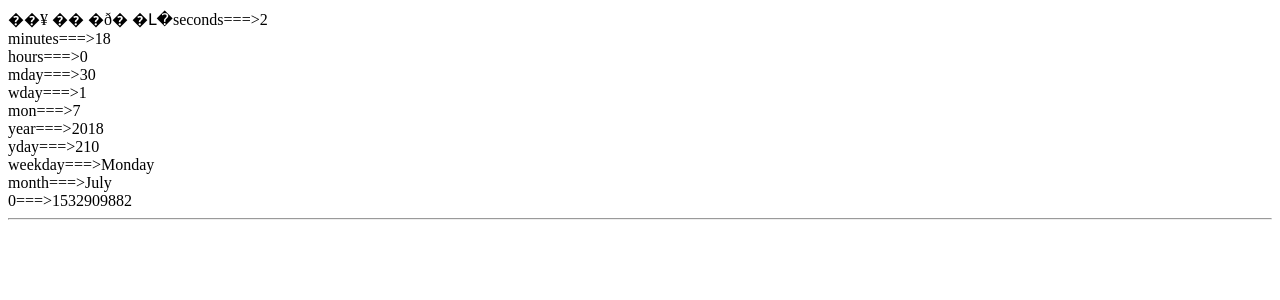
Repository: 2ujin/2018-PHP-afterschool
Page: http://localhost/CH08/01_getdate.php
The author's editor kept a copy of each file at every save. The page is drawn from the files as they stood at one save, then again after the next save.
The browser window is 1280 px wide. The pictures show the whole page.
The page is run by PHP 8.4 with error messages shown; the project is at /var/www/html/.

Above is the page before, as saved 2018-08-01 00:20:36.

After the next save:
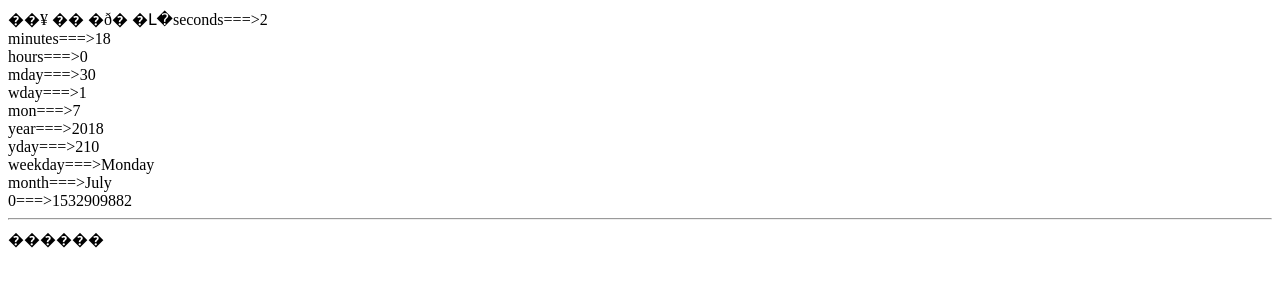
Saved 37 s later.
--- a/PHPStudy/CH08/01_getdate.php
+++ b/PHPStudy/CH08/01_getdate.php
@@ -4,10 +4,10 @@ echo "날짜 및 시간 함수";
 
 $today = getdate();
 
-foreach($today as $key=>$value)
-    echo $key."===>".$value."<br>";
+foreach($today as $key=>$minutes)
+    echo $key."===>".$minutes."<br>";
 
     echo "<hr>";
 
-    echo "";
+    echo "오늘은 ";
 ?>
